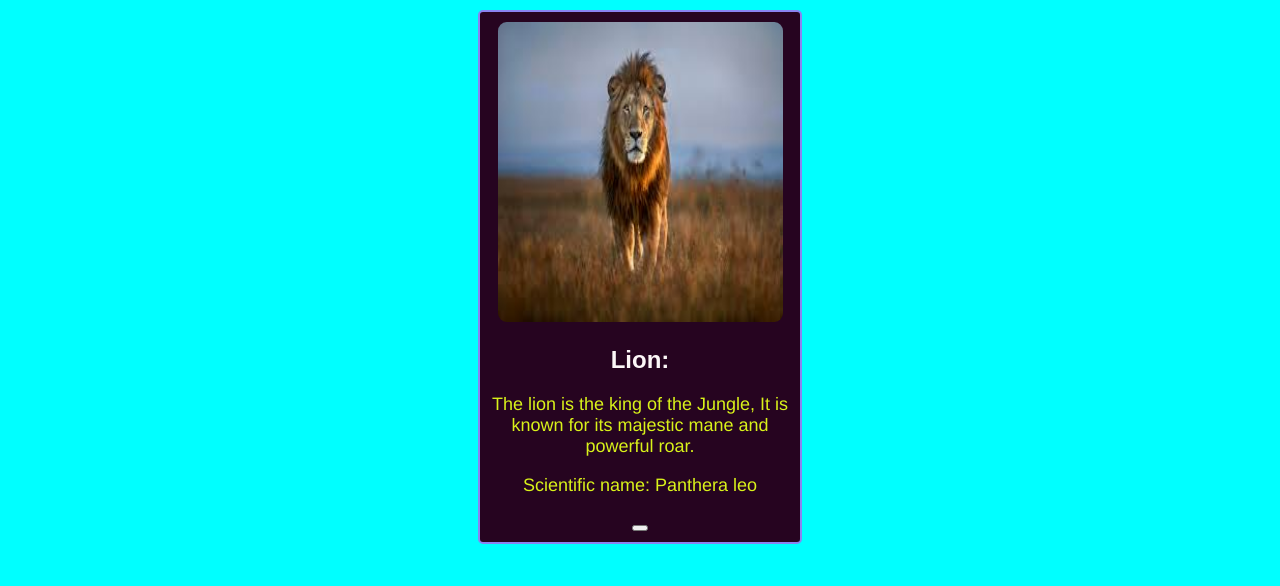
Repository: KingBoyMaylow/Animal-trading-card
Page: index.html
The author's editor kept a copy of each file at every save. The page is drawn from the files as they stood at one save, then again after the next save.
The browser window is 1280 px wide. The pictures show the whole page.

Above is the page before, as saved 2024-05-14 13:42:33.

After the next save:
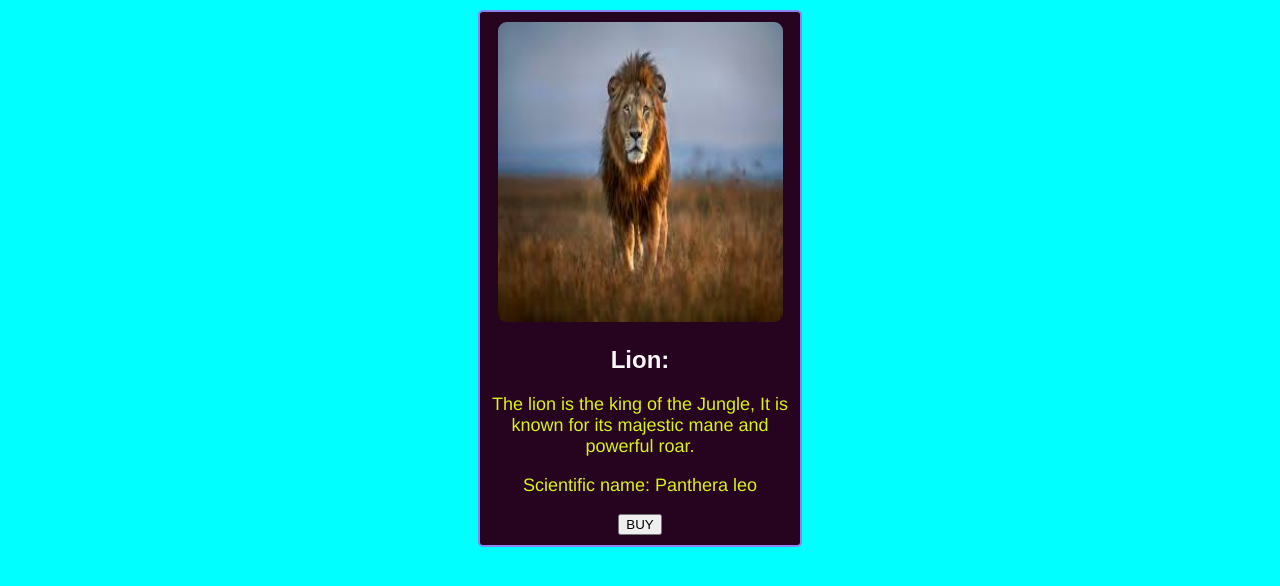
Saved 4 s later.
--- a/index.html
+++ b/index.html
@@ -41,7 +41,7 @@
         <h2>Lion:</h2>
         <p>The lion is the king of the Jungle, It is known for its majestic mane and powerful roar.</p>
         <p>Scientific name: Panthera leo</p>
-        <button></button>
+        <button>BUY</button>
     </div>
 </body>
 </html>

After the 3 saves that followed:
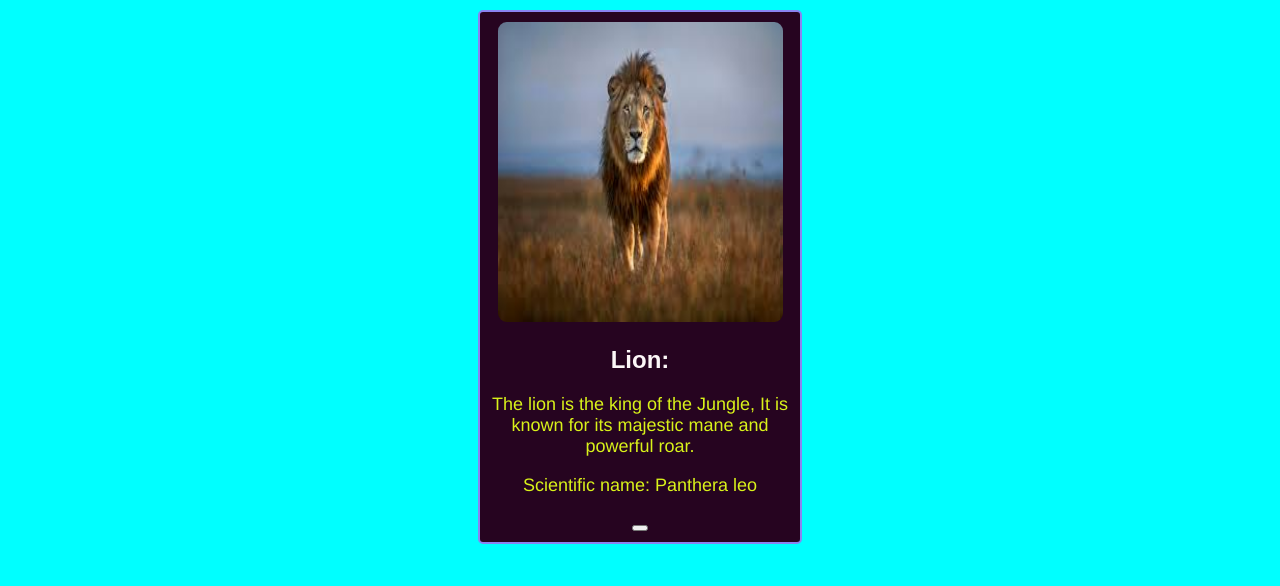
The 3 saves are shown as one change because they came seconds apart.
The last was saved 69 s later.
--- a/index.html
+++ b/index.html
@@ -41,7 +41,7 @@
         <h2>Lion:</h2>
         <p>The lion is the king of the Jungle, It is known for its majestic mane and powerful roar.</p>
         <p>Scientific name: Panthera leo</p>
-        <button>BUY</button>
+        <button><a href=""></a></button>
     </div>
 </body>
 </html>
